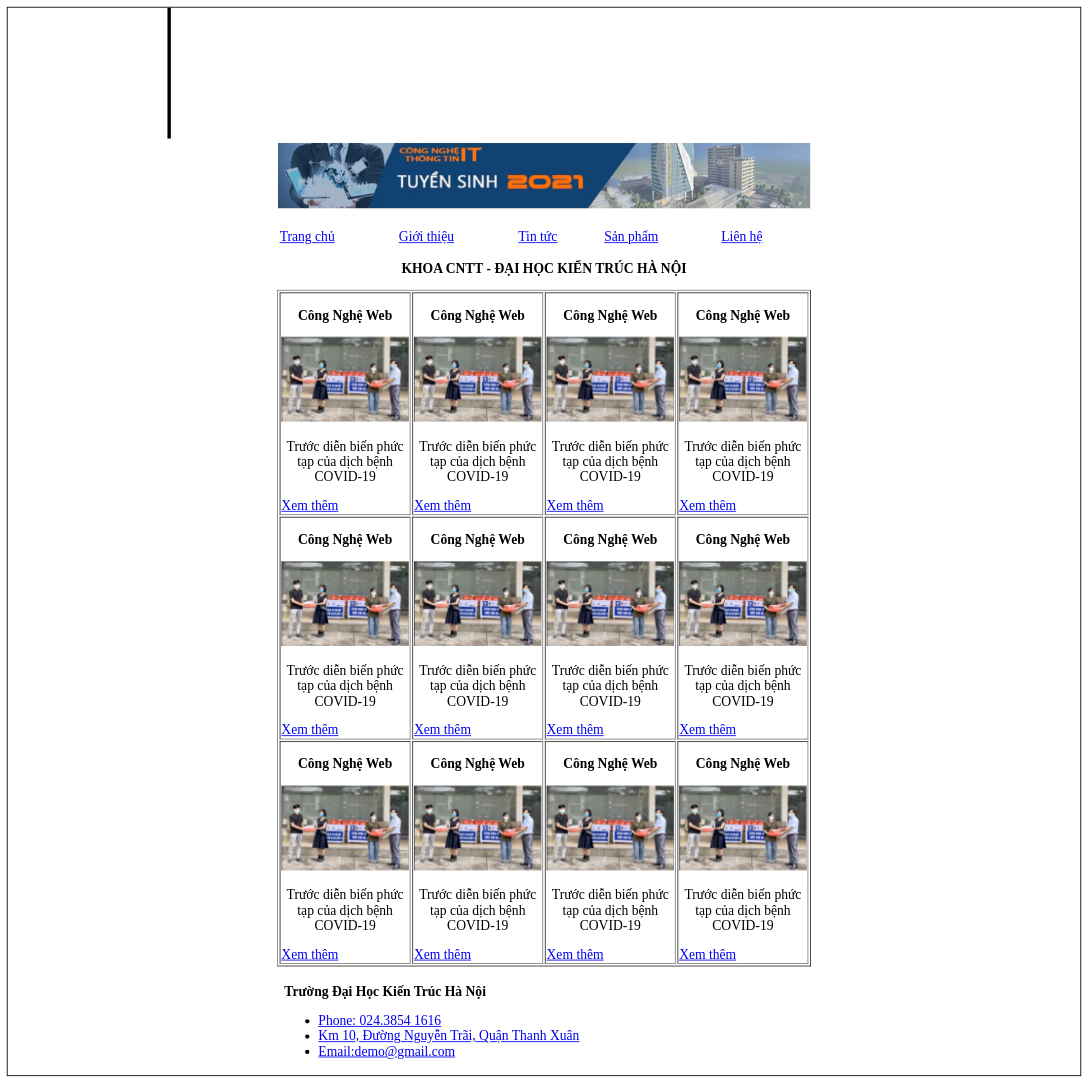
Repository: longtn213/Frond_end_HTML-CSS
Page: Front-End/Demohtml/baitapbuoi2.html
An editor plug-in stored every save of this project. The page is shown before and after the next save, followed by the edit.
The browser window is 1280 px wide. The pictures show the whole page, at 85% of full size.

Above is the page before, as saved 2021-09-09 14:48:15.

### Front-End/Demohtml/baitapbuoi2.html
<!DOCTYPE html>
<html>

<head>
	<meta charset="utf-8">
	<title>Bai tap</title>
	<style type="text/css">
		bdy {
			width: 30%;
			margin: 0 auto;
		}
	</style>
</head>

<body style="border: 1px solid #000;">

	<table style="display: inline-block; padding-top:150px ; margin-left: 188px;;border: 2px solid #000;">

	</table>
	<center>
		<img class="anhtop" width="628px" src="./img/slider.png"">
	</center>
		<br>
        <center>
            <table width=" 628px">
		<tr>
			<td>
				<a href="#">Trang chủ</a>
			</td>
			<td>
				<a href="#">Giới thiệu</a>
			</td>
			<td>
				<a href="#">Tin tức</a>
			</td>
			<td>
				<a href="#">Sản phẩm</a>
			</td>
			<td>
				<a href="#">Liên hệ</a>
			</td>
		</tr>
		</table>
	</center>



	<center>
		<p>
			<b>
				KHOA CNTT - ĐẠI HỌC KIẾN TRÚC HÀ NỘI
			</b>
		</p>
		<table width="100px" border="1">
			<tr>
				<td>
					<center>
						<p>
							<b>Công Nghệ Web</b>
						</p>
						<img src="/img/img1.png" width="150px" height="100px"><br>
						<p>
							Trước diễn biến phức tạp của dịch bệnh COVID-19
						</p>
					</center>
					<a href="#">Xem thêm</a>
				</td>
				<td>
					<center>
						<p>
							<b>Công Nghệ Web</b>
						</p>
						<img src="/img/img1.png" width="150px" height="100px"><br>
						<p>
							Trước diễn biến phức tạp của dịch bệnh COVID-19
						</p>
					</center>
					<a href="#">Xem thêm</a>
				</td>
				<td>
					<center>
						<p>
							<b>Công Nghệ Web</b>
						</p>
						<img src="/img/img1.png" width="150px" height="100px"><br>
						<p>
							Trước diễn biến phức tạp của dịch bệnh COVID-19
						</p>
					</center>
					<a href="#">Xem thêm</a>
				</td>
				<td>
					<center>
						<p>
							<b>Công Nghệ Web</b>
						</p>
						<img src="/img/img1.png" width="150px" height="100px"><br>
						<p>
							Trước diễn biến phức tạp của dịch bệnh COVID-19
						</p>
					</center>
					<a href="#">Xem thêm</a>
				</td>
			</tr>
			<tr>
				<td>
					<center>
						<p>
							<b>Công Nghệ Web</b>
						</p>
						<img src="/img/img1.png" width="150px" height="100px"><br>
						<p>
							Trước diễn biến phức tạp của dịch bệnh COVID-19
						</p>
					</center>
					<a href="#">Xem thêm</a>
				</td>
				<td>
					<center>
						<p>
							<b>Công Nghệ Web</b>
						</p>
						<img src="/img/img1.png" width="150px" height="100px"><br>
						<p>
							Trước diễn biến phức tạp của dịch bệnh COVID-19
						</p>
					</center>
					<a href="#">Xem thêm</a>
				</td>
				<td>
					<center>
						<p>
							<b>Công Nghệ Web</b>
						</p>
						<img src="/img/img1.png" width="150px" height="100px"><br>
						<p>
							Trước diễn biến phức tạp của dịch bệnh COVID-19
						</p>
					</center>
					<a href="#">Xem thêm</a>
				</td>
				<td>
					<center>
						<p>
							<b>Công Nghệ Web</b>
						</p>
						<img src="/img/img1.png" width="150px" height="100px"><br>
						<p>
							Trước diễn biến phức tạp của dịch bệnh COVID-19
						</p>
					</center>
					<a href="#">Xem thêm</a>
				</td>
			</tr>
			<tr>
				<td>
					<center>
						<p>
							<b>Công Nghệ Web</b>
						</p>
						<img src="/img/img1.png" width="150px" height="100px"><br>
						<p>
							Trước diễn biến phức tạp của dịch bệnh COVID-19
						</p>
					</center>
					<a href="#">Xem thêm</a>
				</td>
				<td>
					<center>
						<p>
							<b>Công Nghệ Web</b>
						</p>
						<img src="/img/img1.png" width="150px" height="100px"><br>
						<p>
							Trước diễn biến phức tạp của dịch bệnh COVID-19
						</p>
					</center>
					<a href="#">Xem thêm</a>
				</td>
				<td>
					<center>
						<p>
							<b>Công Nghệ Web</b>
						</p>
						<img src="/img/img1.png" width="150px" height="100px"><br>
						<p>
							Trước diễn biến phức tạp của dịch bệnh COVID-19
						</p>
					</center>
					<a href="#">Xem thêm</a>
				</td>
				<td>
					<center>
						<p>
							<b>Công Nghệ Web</b>
						</p>
						<img src="/img/img1.png" width="150px" height="100px"><br>
						<p>
							Trước diễn biến phức tạp của dịch bệnh COVID-19
						</p>
					</center>
					<a href="#">Xem thêm</a>
				</td>
			</tr>
		</table>
		<br>
		<table width="628px">
			<tr>
				<td colspan="3">
				</td>
				<td colspan="2">
					<b>Trường Đại Học Kiến Trúc Hà Nội</b>
					<ul>
						<li>
							<a href="#">Phone: 024.3854 1616</a>
						</li>
						<li>
							<a href="#">Km 10, Đường Nguyễn Trãi, Quận Thanh Xuân</a>
						</li>
						<li>
							<a href="#">Email:demo@gmail.com</a>
						</li>
					</ul>
				</td>
			</tr>
		</table>
	</center>





</body>

</html>

After the next save:
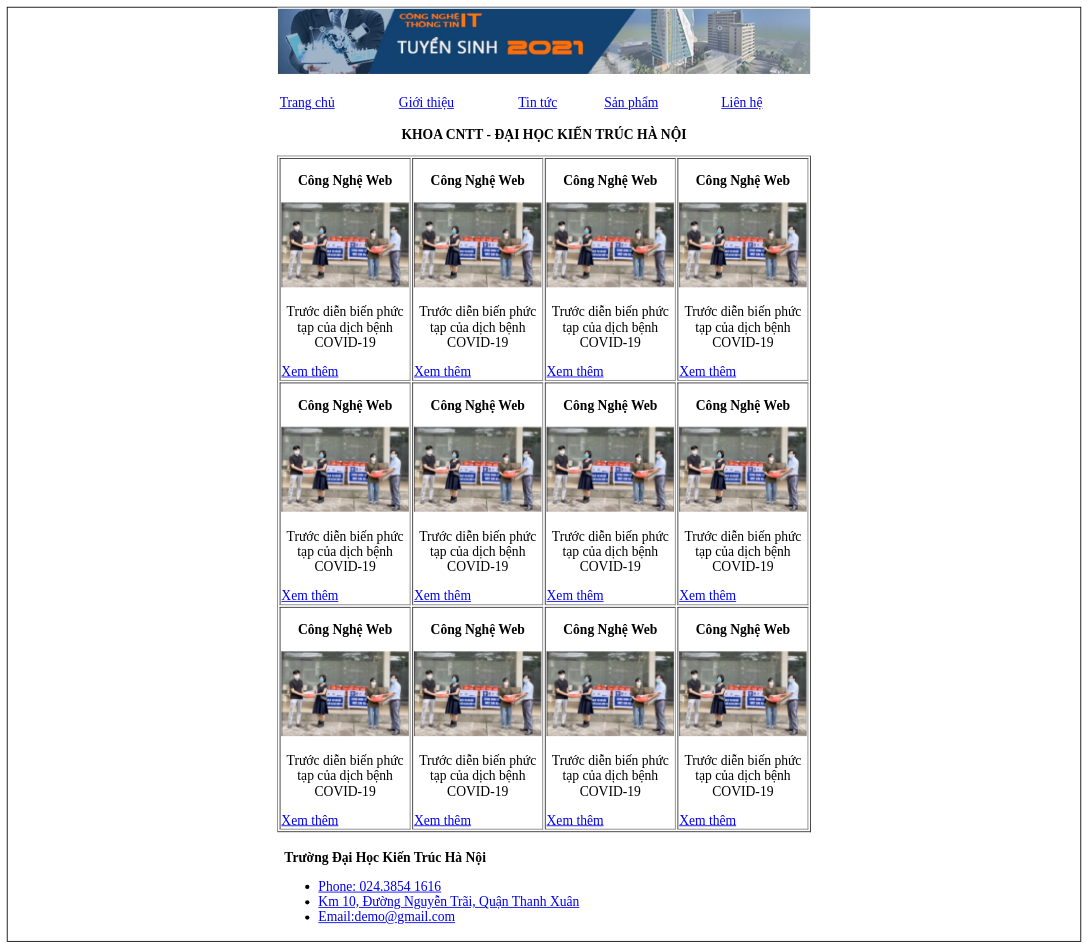
Saved 56 s later.
--- a/Front-End/Demohtml/baitapbuoi2.html
+++ b/Front-End/Demohtml/baitapbuoi2.html
@@ -14,9 +14,6 @@
 
 <body style="border: 1px solid #000;">
 
-	<table style="display: inline-block; padding-top:150px ; margin-left: 188px;;border: 2px solid #000;">
-
-	</table>
 	<center>
 		<img class="anhtop" width="628px" src="./img/slider.png"">
 	</center>
@@ -41,7 +38,7 @@
 			</td>
 		</tr>
 		</table>
-	</center>
+		</center>
 
 
 
